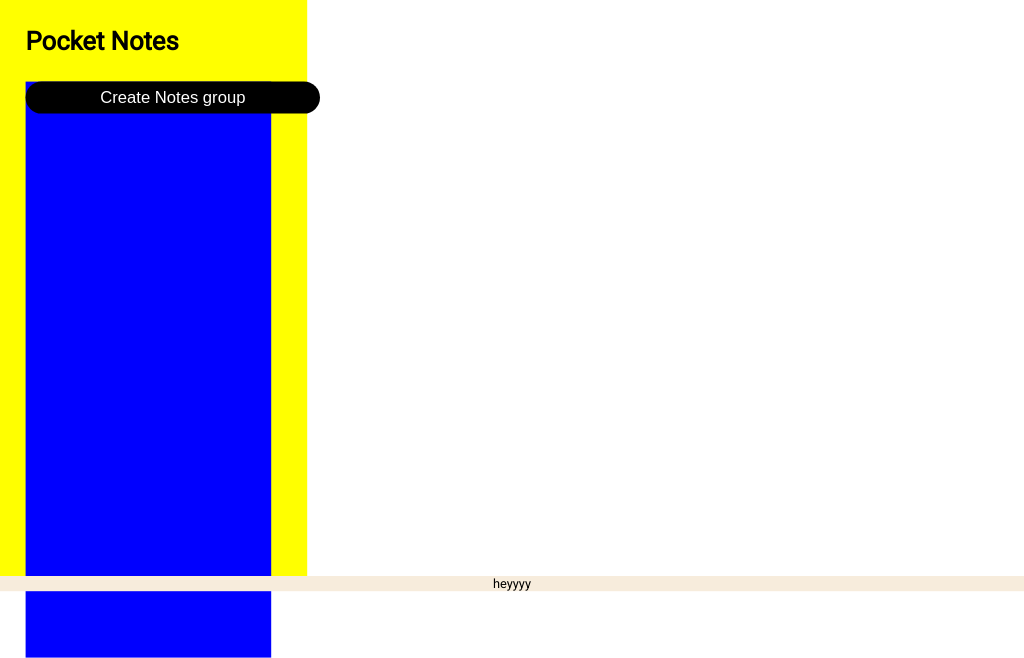
Repository: drumsmanku/react-module-test
Page: /
The author's editor kept a copy of each file at every save. The page is drawn from the files as they stood at one save, then again after the next save.
The browser window is 1280 px wide. The pictures show the whole page, at 80% of full size.
The project was rebuilt for these pictures with package versions that can differ from the ones it lists, and the page was loaded fresh each time.

Above is the page before, as saved 2023-06-10 18:51:35.

### src/App.js
import './App.css';
import MainPage from './Components/MainPage';

function App() {
  return (
    <div className="App">
      <MainPage/>
    </div>
  );
}

export default App;

### src/Components/MainPage.js
import React, { useState, useEffect } from "react";
import "./MainPage.css";
import PopUp from "./PopUp";

function MainPage() {

  const colors=['#81acbc', '#567da2','#9c7ac8','#91b1c5','#ea9fd8','#35f030','#8c5064','#186e33','#c25650','#cc7ec7','#2521ef','#e9d499','#25f073','#dcf4b6','#17cb98','#cb6856','#49616e','#7fef88','#a362f6','#08e400','#9726a2','#5c0a51' ]
  const [myGroups, setMyGroups] = useState(() => {
    const storedValue = localStorage.getItem("group");
    return storedValue ? JSON.parse(storedValue) : [];
  });

  useEffect(() => {
    localStorage.setItem("group", JSON.stringify(myGroups));
  }, [myGroups]);

  return (
    <div className="main-container">
      <div className="first-compartment">
        <h1>Pocket Notes</h1>
        <div className="group-buttons">
          <PopUp myGroups={myGroups} setMyGroups={setMyGroups} />
          {myGroups.map((group, idx) => (
            <button className="cat-buttons" key={idx}>
              <div className="icon" style={{backgroundColor:colors[idx]}}></div> {group}
            </button>
          ))}
        </div>
      </div>
      <div className="second-compartment">heyyyy</div>
    </div>
  );
}

export default MainPage;

### src/Components/MainPage.css
@import url('https://fonts.googleapis.com/css2?family=Roboto&display=swap');
body{
  font-family: 'Roboto';
}

.main-compartment{
  height: 100vh;
  width: 100vw;
  display: flex;
}

.first-compartment{
  width: 30%;
  height: 100vh;
  background-color: yellow;
}

.first-compartment h1{
  margin: 0;
  text-align: left;
  padding: 2rem;
}
.group-buttons{
  height: inherit;
  width: 80%;
  background-color: blue;
  display: flex;
  flex-direction: column;
  align-items: flex-start;
  margin-left: 2rem;
}

.cat-buttons{
  width: 26rem;
  height: 4rem;
  background-color: white;
  color: black;
  margin: 1rem 1rem 1rem 0;
  font-size: 1.3rem;
  font-weight: medium;
  display: flex;
  align-items: center;


}
.icon{
  height: 3.5rem;
  width: 3.5rem;
  border-radius: 50%;
  margin-right: 2rem;

}
.second-compartment{
  background-color: #F7ECDC;
}

### src/Components/PopUp.js
import React, { useState } from "react";
import "./PopUp.css";
import Popup from "reactjs-popup";
import "reactjs-popup/dist/index.css";

function PopUp({ myGroups, setMyGroups }) {
  const [input, setInput] = useState("");

  const handleInputChange = (event) => {
    setInput(event.target.value);
  };

  const handleButtonClick = () => {
    setMyGroups([...myGroups, input]);
    setInput("");
  };

  return (
    <div>
      <Popup
        trigger={<button className="btn-1">Create Notes group</button>}
        modal
        nested
      >
        {(close) => (
          <div className="modal">
            <div className="content">Welcome to GFG!!!</div>
            <div>
              <button onClick={() => close()}>Close modal</button>
              <input type="text" onChange={handleInputChange} value={input} />
              <button onClick={handleButtonClick}>add</button>
            </div>
          </div>
        )}
      </Popup>
    </div>
  );
}

export default PopUp;

### src/Components/PopUp.css
@import url('https://fonts.googleapis.com/css2?family=Roboto&display=swap');

body{
  font-family: 'Roboto';
}

.btn-1{
  width: 23rem;
  height: 2.5rem;
  background-color: black;
  border: none;
  border-radius: 3rem;
  color: white;
  font-weight: 2rem;
  font-size: 1.3rem;
}

Loaded but not shown: public/index.html (common file); src/index.js (common file); src/index.css (common file); src/App.css (common file)

After the next save:
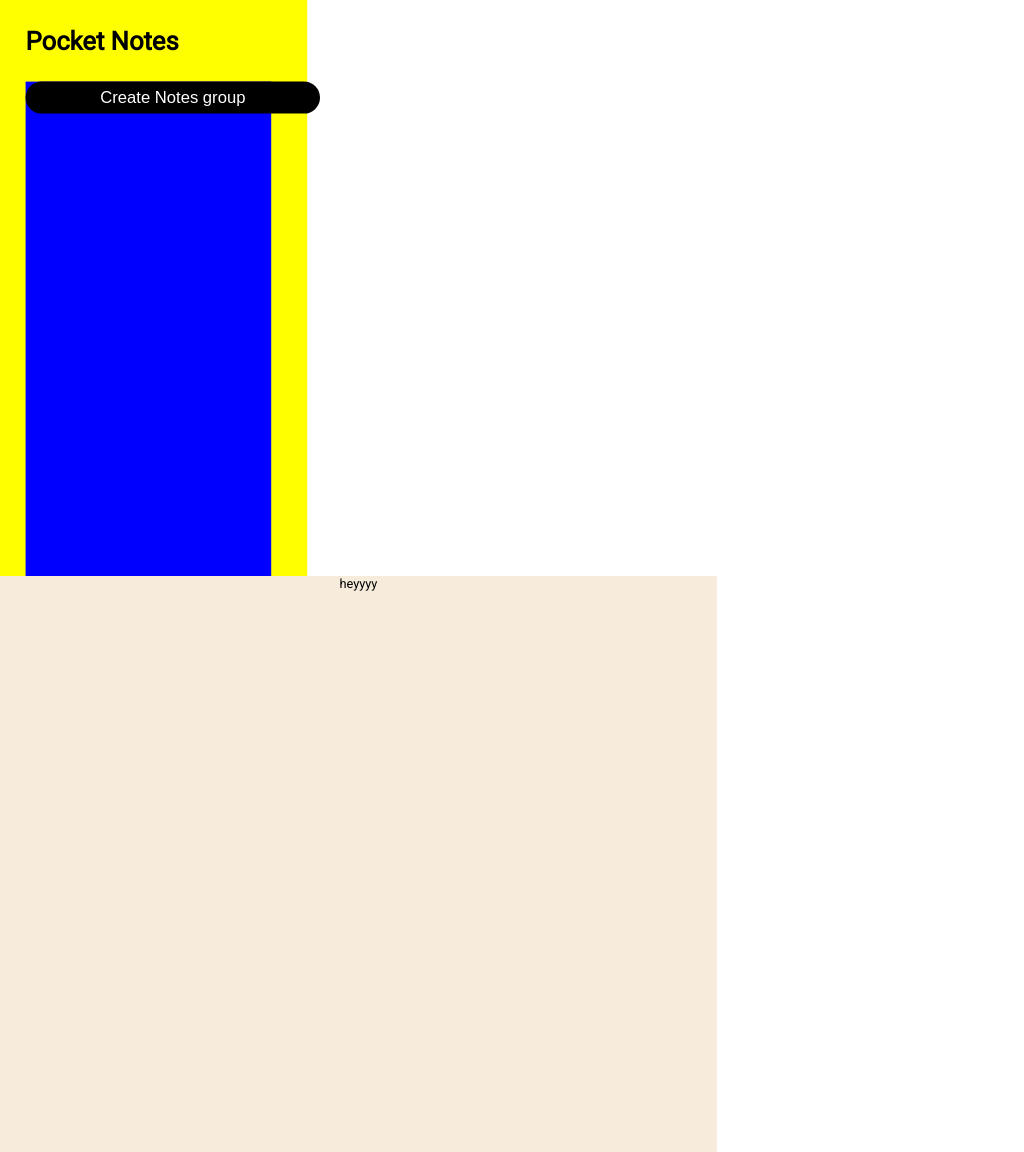
Saved 34 s later.
--- a/src/Components/MainPage.css
+++ b/src/Components/MainPage.css
@@ -52,4 +52,6 @@ body{
 }
 .second-compartment{
   background-color: #F7ECDC;
+  width: 70%;
+  height: 100vh;
 }
